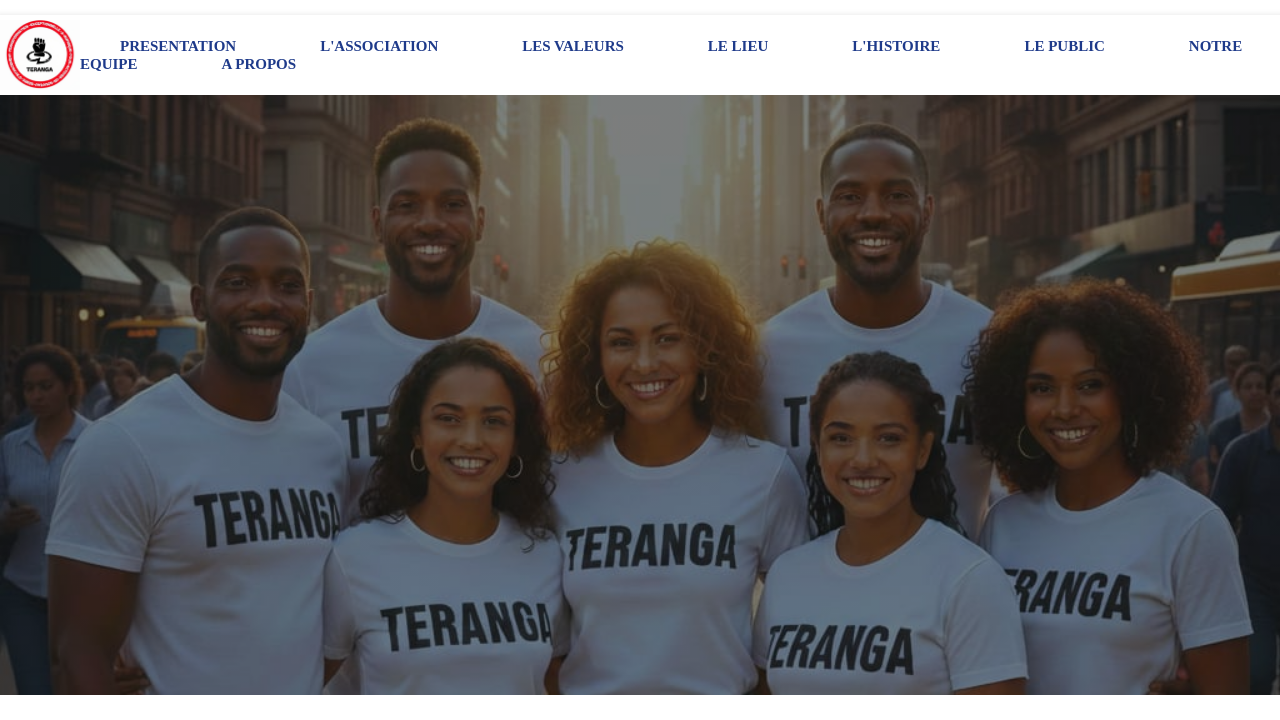
Repository: assanendao171/projet-teranga
Page: presentation.html
These files come from the project's save history. The page is drawn as it stood at one moment and after the next save; the edit follows.
The browser window is 1280 px wide. The pictures show the whole page.

Above is the page before, as saved 2026-02-11 12:01:51.

### presentation.html
<!DOCTYPE html>
<html lang="en">
<head>
    <meta charset="UTF-8">
    <meta name="viewport" content="width=device-width, initial-scale=1.0">
    <title>Document</title>
    <link rel="stylesheet" href="presentation.css">
</head>
<body>
<!-- l'entete -->
 <header>
        <!-- logo -->
<img src="image/logo.jpeg" alt="" class="logo">
<div class="btn-nav">

    <nav>

<a href="presentation.html" target="_blank">PRESENTATION</a>
<a href="association.html" target="_blank">L'ASSOCIATION</a>
<a href="valeur.html" target="_blank">LES VALEURS</a>
<a href="lieu.html" target="_blank">LE LIEU</a>
<a href="histoire.html" target="_blank">L'HISTOIRE</a>
<a href="public.html" target="_blank">LE PUBLIC</a>
<a href="equipe.html" target="_blank">NOTRE EQUIPE</a>
<a href="propos.html" target="_blank">A PROPOS</a>
    </nav>
</div>
 </header>
 <!-- le hero -->
  <div class="hero">

  </div>
 <!-- le corps -->
  <main></main>
  <!-- le pieds -->
   <footer></footer>
</body>
</html>

### presentation.css
body{
    margin: 15px 0 5px 0;
}
header{
width: 100%;
height: 80px;
background-color: #FFFFFF;
box-shadow: 2px 6px 6px 6px rgba(0, 0, 0, 0.1);
display: flex;
align-items: center;
justify-content: center;
}
nav a{
    margin: 40px;
    color: #1E3A8A;
    text-decoration: none;
    font-size: 15px;
    font-weight:900;
}
nav a:hover{
    text-decoration: underline;
}
.logo{
    width: 80px;
left: 10px;
}
/* .hero{
  width:100%;
  height:600px ;
  background-image: url("image/background.jpeg");
  background-repeat: no-repeat;
  background-size: cover;
  background-position:top;
} */
.hero{
  width:100%;
  height:600px ;
  background-image:
    linear-gradient(rgba(0, 0, 0, 0.4), rgba(0, 0, 0, 0.4)),
    url("image/background.jpeg");
  background-size: cover;
  background-position: top;
  background-repeat: no-repeat;
}

After the next save:
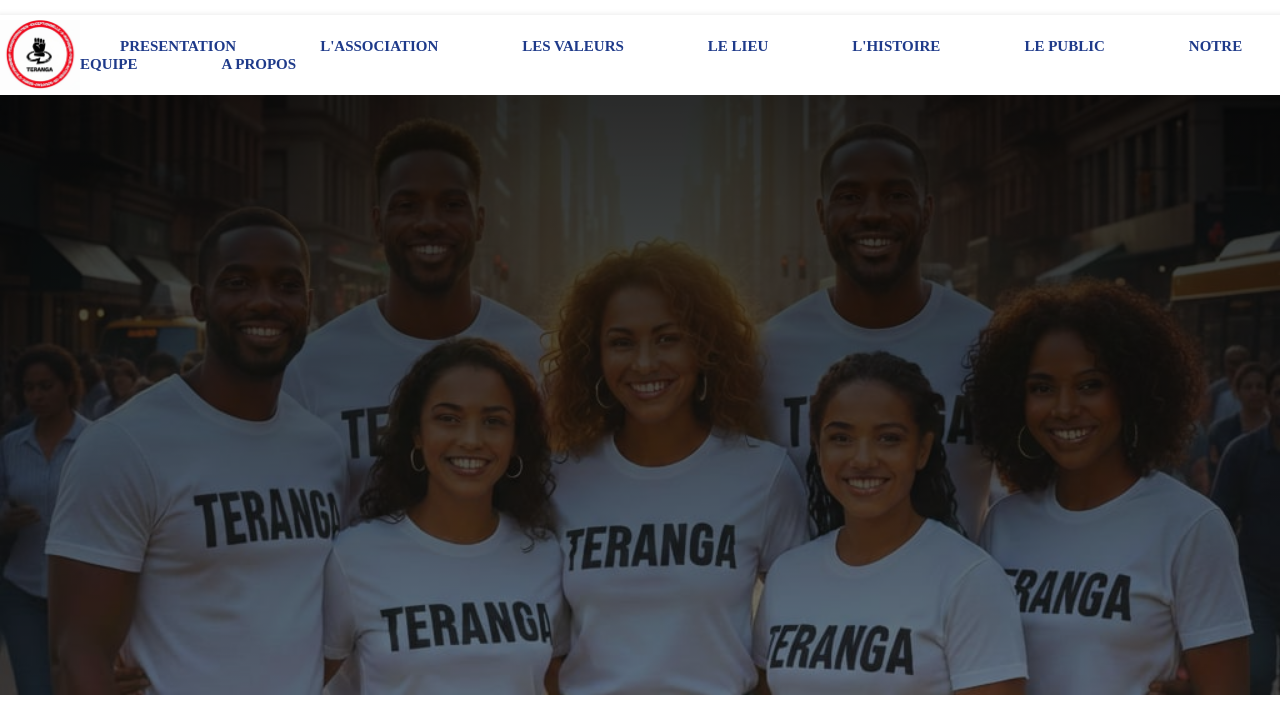
Saved 49 s later.
--- a/presentation.css
+++ b/presentation.css
@@ -36,7 +36,7 @@ left: 10px;
   width:100%;
   height:600px ;
   background-image:
-    linear-gradient(rgba(0, 0, 0, 0.4), rgba(0, 0, 0, 0.4)),
+    linear-gradient(rgba(0, 0, 0, 0.8), rgba(0, 0, 0, 0.4)),
     url("image/background.jpeg");
   background-size: cover;
   background-position: top;
